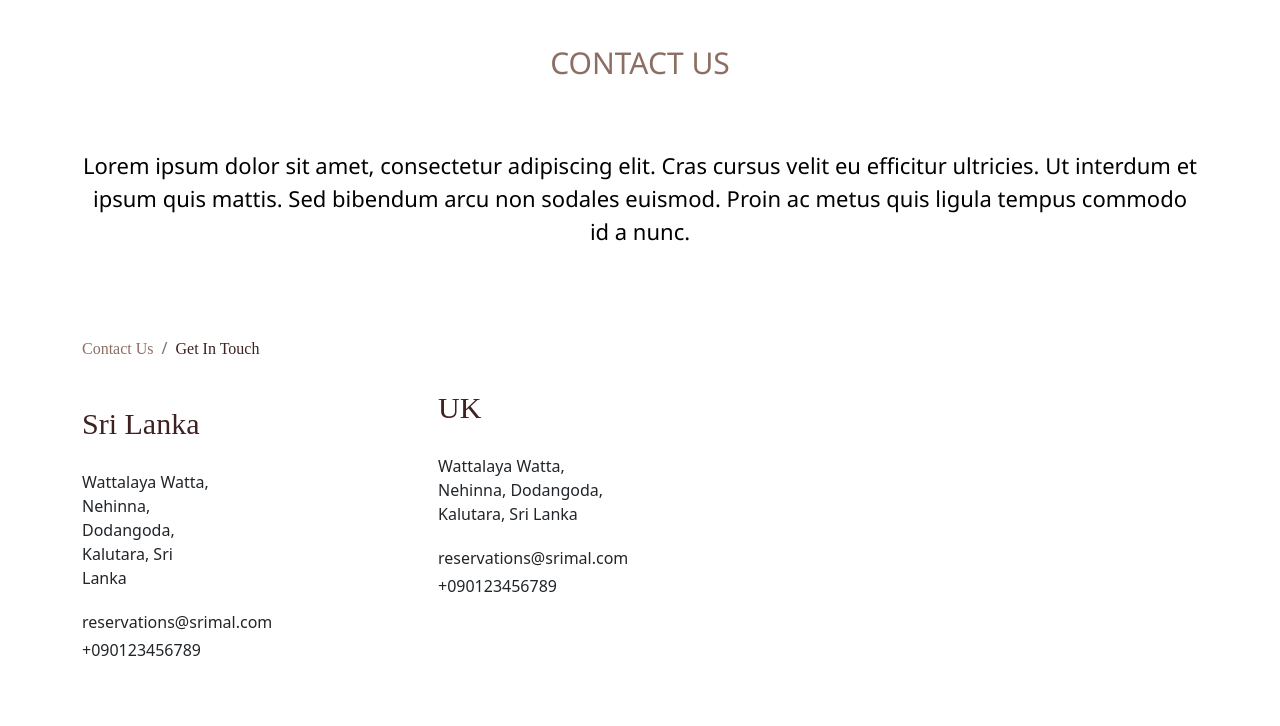
Repository: kaushalyaweerakoon/Plantation-Villa
Page: contact-us.html
An editor plug-in stored every save of this project. The page is shown before and after the next save, followed by the edit.
The browser window is 1280 px wide. The pictures show the part of the page from y = 0 to 726 px (the page is 1356 px tall before and 1449 px after).
Pictures or frames that could not be fetched are drawn as grey boxes. Some web fonts or font styles are not loaded; a fallback is used.

Above is the page before, as saved 2022-08-15 12:49:14.
Not found: assets/js/main.js

### contact-us.html
<!doctype html>
<html lang="en">

<head>
    <meta charset="utf-8">
    <meta name="viewport" content="width=device-width, initial-scale=1">

    <title>Plantation Villa| News Inner</title>

    <!-- Bootstrap css -->
    <link href="https://cdn.jsdelivr.net/npm/bootstrap@5.2.0-beta1/dist/css/bootstrap.min.css" rel="stylesheet"
        integrity="sha384-0evHe/X+R7YkIZDRvuzKMRqM+OrBnVFBL6DOitfPri4tjfHxaWutUpFmBp4vmVor" crossorigin="anonymous">

    <!-- fonts -->
    <link href="http://fonts.cdnfonts.com/css/segoe-ui-4" rel="stylesheet">
    <link rel="preconnect" href="https://fonts.googleapis.com">
    <link rel="preconnect" href="https://fonts.gstatic.com" crossorigin>

    <!-- swiperJS -->
    <link rel="stylesheet" href="https://unpkg.com/swiper@8/swiper-bundle.min.css" />

    <!-- custom css -->
    <link rel="stylesheet" href="asserts/css/main.css">

</head>


<!-- Section 2-->
<section class="container mt-md-4 mt-3 mb-5 pb-4">
    <p class="title pt-3">CONTACT US</p>

    <div class="text-center" id="">
        <p class="text">
            Lorem ipsum dolor sit amet, consectetur adipiscing elit. Cras cursus velit eu efficitur ultricies. Ut
            interdum et ipsum quis mattis. Sed bibendum arcu non sodales euismod. Proin ac metus quis ligula tempus
            commodo id a nunc.
        </p>
    </div>
</section>


<div class="container pb-4">
    <!-- Breadcrumb -->
    <nav aria-label="" class="mt-5 mb-4 ">
        <ol class="breadcrumb">
            <li class="breadcrumb-item"><a href="" class="breadcrumb-text fs-13-px text-font-family">Contact
                    Us </a>
            <li class="breadcrumb-item"><a href="" aria-current="page"
                    class="breadcrumb-text active fs-13-px text-font-family">Get In Touch</a>
            </li>
        </ol>
    </nav>

    <!--/ Breadcrumb -->

    <div class="row gy-3 gx-4">
        <div class=" col-4 gx-4 gy-3 justify-content-between pe-5 row">

            <div class="col col-xl-6">
                <p class="country-text mb-4">Sri Lanka</p>
                <p class="">Wattalaya Watta,<br>
                    Nehinna, Dodangoda,<br>
                    Kalutara, Sri Lanka</p>
                <ul class="list-unstyled">
                    <li><a class="mb-3 lh-lg text-dark text-decoration-none"
                            href="reservations@srimal.com">reservations@srimal.com</a>
                    </li>
                    <li><a class="text-dark text-decoration-none" href="tel:++090123456789">+090123456789</a></li>
                </ul>
            </div>
        </div>

        <div class="col-md-4 pe-xl-5">
            <div class="country-textcol col-xl-12 pb-5">
                <p class="country-text mb-4">UK</p>
                <p class="">Wattalaya Watta,<br>
                    Nehinna, Dodangoda,<br>
                    Kalutara, Sri Lanka</p>
                <ul class="list-unstyled">
                    <li><a class="mb-3 lh-lg text-dark text-decoration-none"
                            href="reservations@srimal.com">reservations@srimal.com</a>
                    </li>
                    <li><a class="text-dark text-decoration-none" href="tel:++090123456789">+090123456789</a></li>
                </ul>
            </div>

        </div>
    </div>
</div>




<!-- section-->
<section class="container mt-md-4 mt-3 mb-5 pb-4">

    <div class="ratio" style="--bs-aspect-ratio: 50%;">
        <iframe
            src="https://www.google.com/maps/embed?pb=!1m14!1m8!1m3!1d52824.16461165647!2d80.37247646048803!3d7.61515466786648!3m2!1i1024!2i768!4f13.1!3m3!1m2!1s0x3ae333391ecc0a0d%3A0x8a95434c984a12bf!2sARALIYA%20HOTEL!5e0!3m2!1sen!2slk!4v1660547131912!5m2!1sen!2slk"
            width="600" height="450" style="border:0;" allowfullscreen="" loading="lazy"
            referrerpolicy="no-referrer-when-downgrade"></iframe>
    </div>

    <div class="m-auto" style="max-width:723px;">
    </div>
</section>




<!-- bootstrap -->
<script src="https://cdn.jsdelivr.net/npm/bootstrap@5.2.0-beta1/dist/js/bootstrap.bundle.min.js"
    integrity="sha384-pprn3073KE6tl6bjs2QrFaJGz5/SUsLqktiwsUTF55Jfv3qYSDhgCecCxMW52nD2"
    crossorigin="anonymous"></script>

<!-- swiperJS -->
<script src="https://unpkg.com/swiper@8/swiper-bundle.min.js"></script>

<!-- custom script -->
<script src="assets/js/main.js"></script>


</body>

</html>

### asserts/css/main.css
/* Call the root */
:root {
  --Lora-font: 'Lora';
  --Segoe-font: 'Segoe UI';

  --font-size-14px: 18px;
  --font-size-20px: 20px;
  --font-size-22px: 22px;
  --font-size-25px: 25px;
  --font-size-30px: 30px;
  --font-size-35px: 35px;
  --font-size-40px: 40px;

  --font-color-8d6e63: #8d6e63;
  --font-color-3e2222: #3e2222;
  --bggreen: #7d824a;
  --co-white: #ffffff;
}

/* Create clases for fronts */
.Lora-ff {
  font-family: var(--Lora-font);
}

.Segoe-ff {
  font-family: var(--Segoe-font);
}

/* Create clases for front sizes*/
.fs-18-px {
  font-size: var(--font-size-18px)
}

.fs-20-px {
  font-size: var(--font-size-20px)
}

.fs-22-px {
  font-size: var(--font-size-22px)
}

.fs-25-px {
  font-size: var(--font-size-22px)
}

.fs-30-px {
  font-size: var(--font-size-30px)
}

.fs-35-px {
  font-size: var(--font-size-35px)
}

.fs-40-px {
  font-size: var(--font-size-40px)
}

/* Color */
.txt-purple {
  color: var(--font-color-8d6e63)
}

.txt-red {
  color: var(--font-color-3e2222)
}

/* news inner */

/* Breadcrumb */
.breadcrumb-text {
  font-family: var(--Lora-font);
  text-decoration: none;
  color: var(--font-color-8d6e63);
  font-weight: normal;
}

.breadcrumb-text.active {
  color: var(--font-color-3e2222);
  text-decoration: none;
  font-weight: normal;
}

.breadcrumb-text:hover {
  font-family: var(--Lora-font);
  font-size: var(--font-size-35px);
  color: var(--font-color-8d6e63);
  text-decoration: none;
}

/* -- */

.newsinner-date {
  color: var(--font-color-8d6e63);
  font-family: var(--Segoe-font);
  font-size: var(--font-size-20px);
}

.newsinner-head {
  color: var(--font-color-3e2222);
  font-family: var(--Lora-font);
  font-size: 45px;
  font-weight: normal;
}

.newsinner-text{
  font-size: var(--font-size-22px);
  font-family: var(--Segoe-font);
}

/* Heading */

.title {
  font-size: var(--font-size-30px);
  font-family: var(--Segoe-font);
  color: var(--font-color-8d6e63);
  text-align: center;
  margin-bottom: clamp(40px, 5vw, 71px);
}
.text{
  font-size: var(--font-size-22px);
  font-family: var(--Segoe-font);
  color: #000;
}

/* contact us */
.country-text {
  font-family: var(--Lora-font)!important;
  color: var(--font-color-3e2222);
  font-weight: normal;
  font-size: var(--font-size-30px);
}

After the next save:
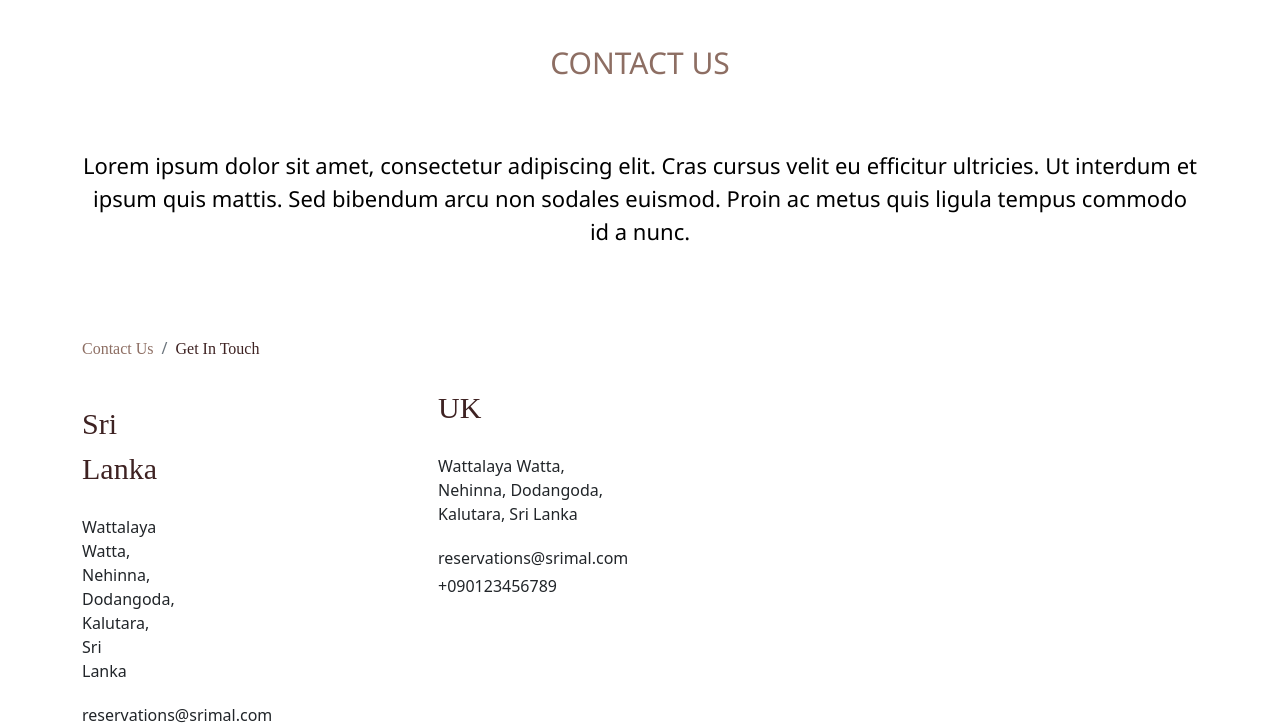
Saved 43 s later.
--- a/contact-us.html
+++ b/contact-us.html
@@ -56,7 +56,7 @@
     <div class="row gy-3 gx-4">
         <div class=" col-4 gx-4 gy-3 justify-content-between pe-5 row">
 
-            <div class="col col-xl-6">
+            <div class="col-md-4 pe-xl-5">
                 <p class="country-text mb-4">Sri Lanka</p>
                 <p class="">Wattalaya Watta,<br>
                     Nehinna, Dodangoda,<br>
